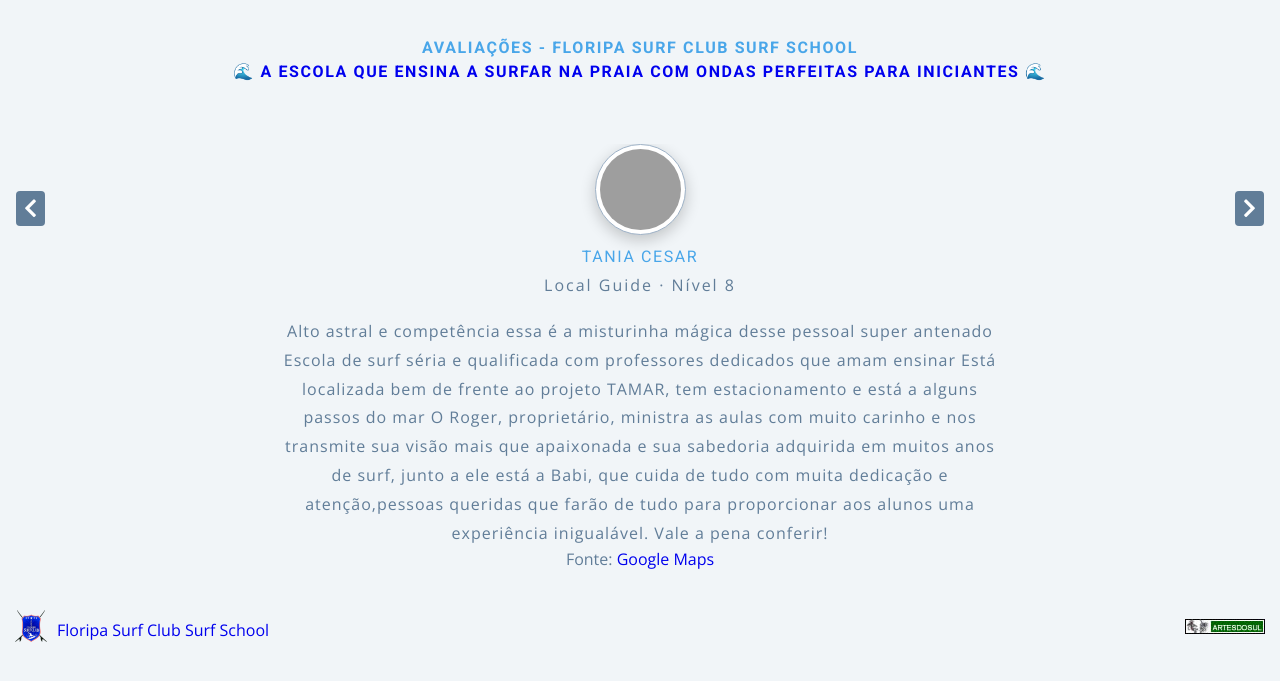
Repository: araguaci/floripasurfclub-reviews
Page: index.html
An editor plug-in stored every save of this project. The page is shown before and after the next save, followed by the edit.
The browser window is 1280 px wide. The pictures show the whole page.
Pictures or frames that could not be fetched are drawn as grey boxes. Some web libraries are served in a nearby version.

Above is the page before, as saved 2021-08-23 21:19:01.

After the next save:
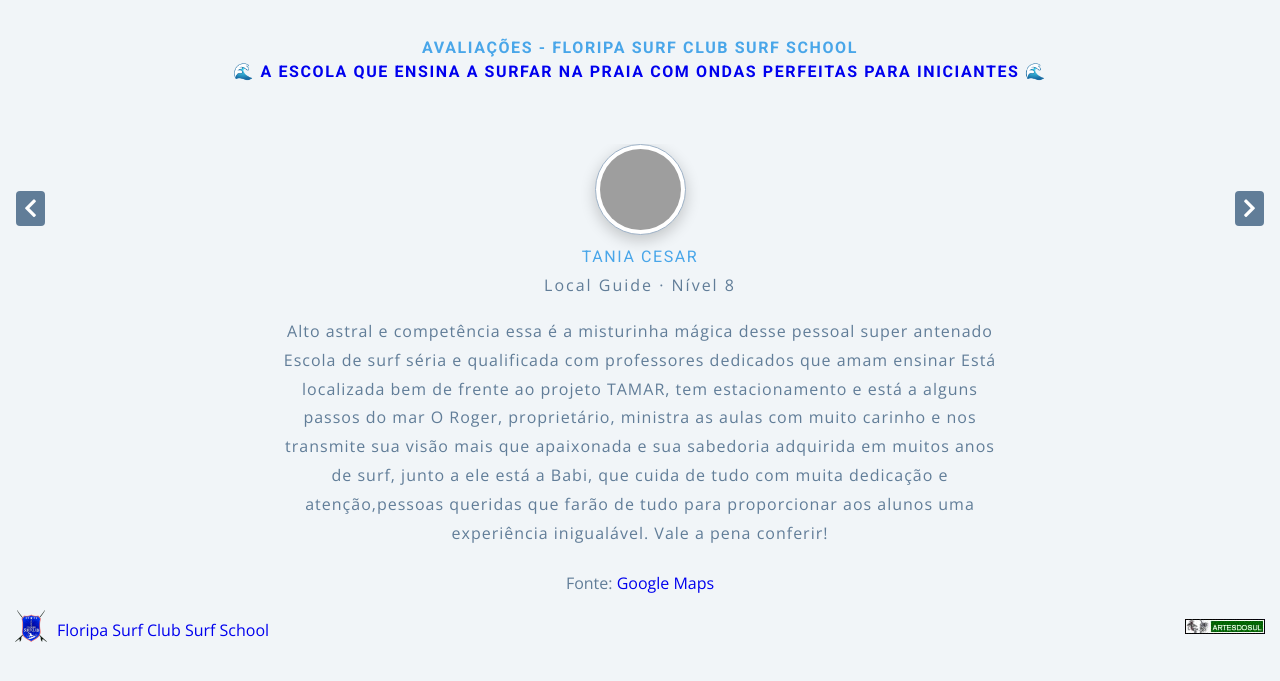
Saved 13 s later.
--- a/app.js
+++ b/app.js
@@ -32,7 +32,7 @@
   <p class="text">
    ${text}
   </p>
-  <p>Fonte: <a href="https://www.google.com/maps/place/Floripa+Surf+Club+Surf+School/@-27.5722772,-48.4276483,3a,75y/data=!3m7!1e2!3m5!1sAF1QipNeZv-e5wVZk1upf5xb2Mxlu2Z3TG-rbVS8ihxQ!2e10!6shttps:%2F%2Flh5.googleusercontent.com%2Fp%2FAF1QipNeZv-e5wVZk1upf5xb2Mxlu2Z3TG-rbVS8ihxQ%3Dw150-h150-k-no-p!7i720!8i720!4m11!1m2!2m1!1sfloripa+surfclub!3m7!1s0x95273f5658129455:0xe63707f3e5b0a90b!8m2!3d-27.5722772!4d-48.4276483!9m1!1b1!15sChBmbG9yaXBhIHN1cmZjbHVikgENc3BvcnRzX3NjaG9vbA">Google Maps</a></p>
+  <br/><p>Fonte: <a href="https://www.google.com/maps/place/Floripa+Surf+Club+Surf+School/@-27.5722772,-48.4276483,3a,75y/data=!3m7!1e2!3m5!1sAF1QipNeZv-e5wVZk1upf5xb2Mxlu2Z3TG-rbVS8ihxQ!2e10!6shttps:%2F%2Flh5.googleusercontent.com%2Fp%2FAF1QipNeZv-e5wVZk1upf5xb2Mxlu2Z3TG-rbVS8ihxQ%3Dw150-h150-k-no-p!7i720!8i720!4m11!1m2!2m1!1sfloripa+surfclub!3m7!1s0x95273f5658129455:0xe63707f3e5b0a90b!8m2!3d-27.5722772!4d-48.4276483!9m1!1b1!15sChBmbG9yaXBhIHN1cmZjbHVikgENc3BvcnRzX3NjaG9vbA">Google Maps</a></p>
  </article>`;
   })
   .join("");
